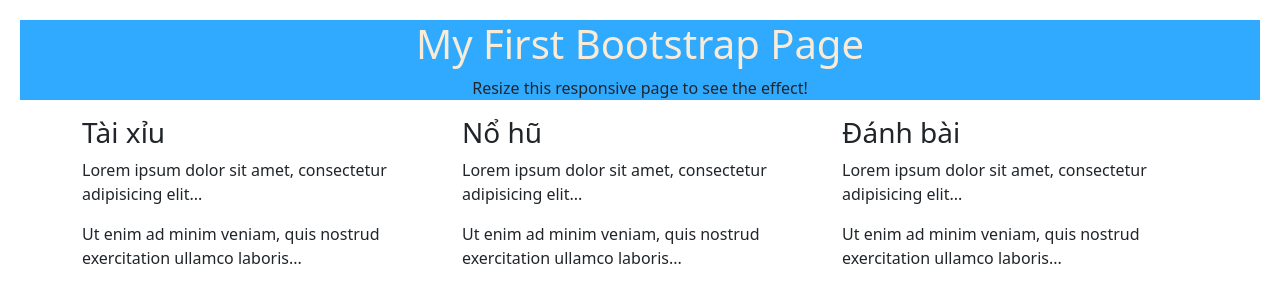
Repository: thanhp6868/ltWeb
Page: 0410/1/1.html
These files come from the project's save history. The page is drawn as it stood at one moment and after the next save; the edit follows.
The browser window is 1280 px wide. The pictures show the whole page.

Above is the page before, as saved 2023-10-04 15:01:50.

### 0410/1/1.html
<!DOCTYPE html>
<html lang="en">

<head>
    <meta charset="UTF-8">
    <link href="https://cdn.jsdelivr.net/npm/bootstrap@5.2.3/dist/css/bootstrap.min.css" rel="stylesheet"
        integrity="sha384-rbsA2VBKQhggwzxH7pPCaAqO46MgnOM80zW1RWuH61DGLwZJEdK2Kadq2F9CUG65" crossorigin="anonymous">
    <meta name="viewport" content="width=device-width, initial-scale=1.0">
    <link rel="stylesheet" type="" href="style1.css">
    <title>Document</title>
</head>

<body style="padding: 20px;">
    <!-- <h1>Vi du</h1>
    <div class="row",>
        <div id="vidu_transition">
           <center> <div class="col-3" >
            noi dung
        </div></center>
        </div>
    </div> -->

    <div class="jumbotron text-center" style="background-color: #2faaff;">
        <h1 style="color: antiquewhite;">My First Bootstrap Page</h1>
        <p>Resize this responsive page to see the effect!</p>
      </div>
      <div class="container">
        <div class="row">
          <div class="col-sm-4">
            <h3>Tài xỉu</h3>
            <p>Lorem ipsum dolor sit amet, consectetur adipisicing elit...</p>
            <p>Ut enim ad minim veniam, quis nostrud exercitation ullamco laboris...</p>
          </div>
          <div class="col-sm-4">
            <h3>Nổ hũ</h3>
            <p>Lorem ipsum dolor sit amet, consectetur adipisicing elit...</p>
            <p>Ut enim ad minim veniam, quis nostrud exercitation ullamco laboris...</p>
          </div>
          <div class="col-sm-4">
            <h3>Đánh bài</h3>
            <p>Lorem ipsum dolor sit amet, consectetur adipisicing elit...</p>
            <p>Ut enim ad minim veniam, quis nostrud exercitation ullamco laboris...</p>
          </div>
        </div>
      </div>
</body>

</html>

### 0410/1/style1.css
body{

}

#vidu_transition{
    font-size: 20px;
    border-radius: 20px;
    border: 0.5px solid #999999;
    height: 300px;
    width: 300px;
    background-color: bisque;
    transition: 0.5s;
}
#vidu_transition:hover{
        height: 500px;
        width: 500px;
        background-color: yellow;
}

After the next save:
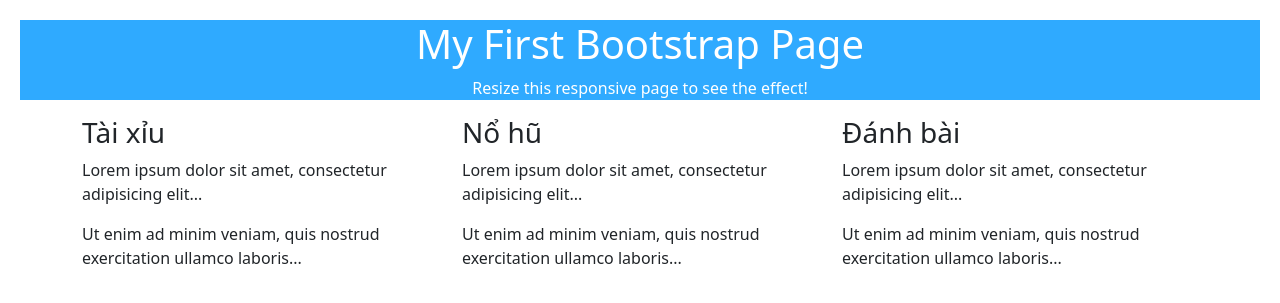
Saved 23 s later.
--- a/0410/1/1.html
+++ b/0410/1/1.html
@@ -21,8 +21,8 @@
     </div> -->
 
     <div class="jumbotron text-center" style="background-color: #2faaff;">
-        <h1 style="color: antiquewhite;">My First Bootstrap Page</h1>
-        <p>Resize this responsive page to see the effect!</p>
+        <h1 style="color: #ffffff;">My First Bootstrap Page</h1>
+        <p style="color: #ffffff;">Resize this responsive page to see the effect!</p>
       </div>
       <div class="container">
         <div class="row">
